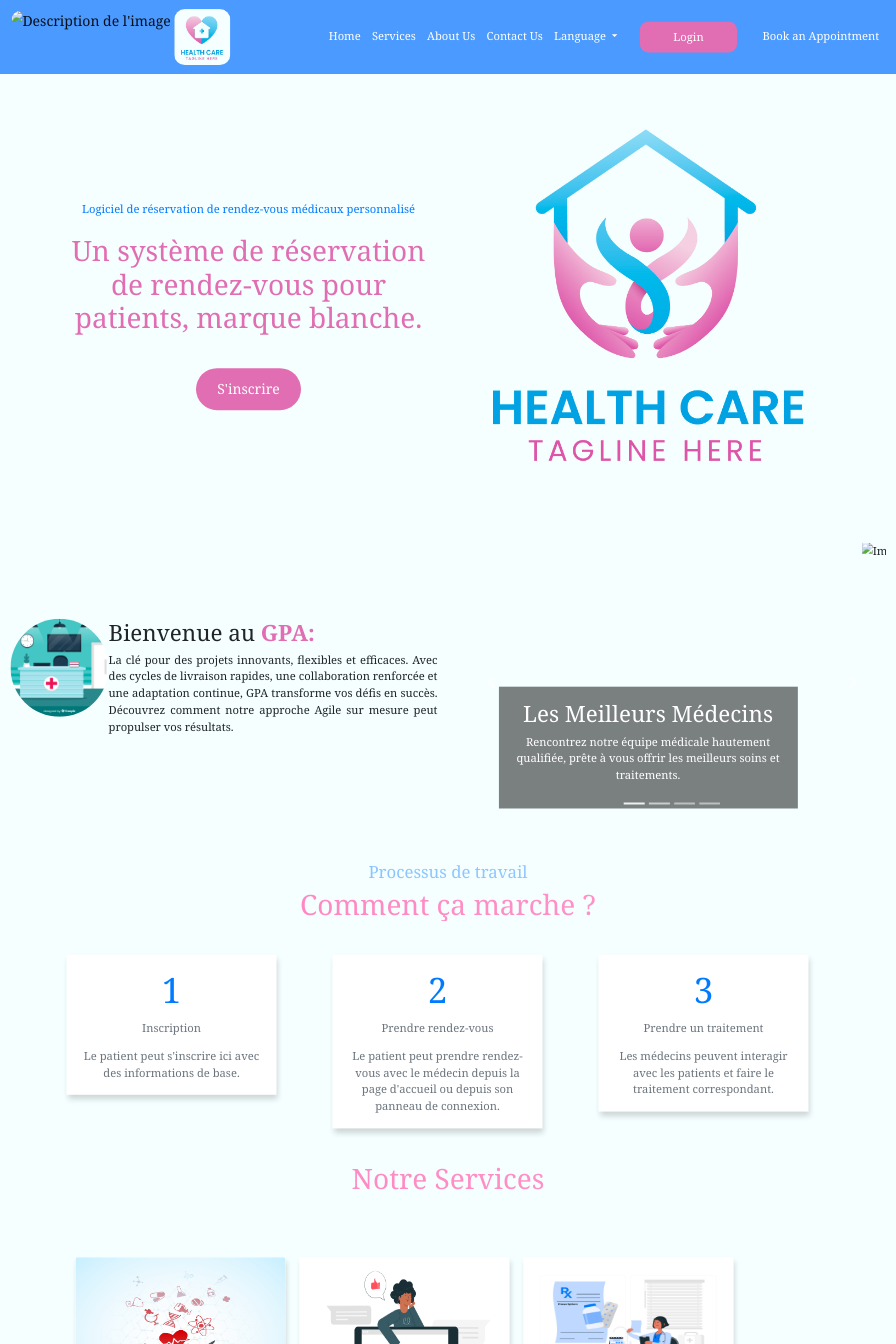
Repository: SalmaElhaou/Scrum-Project
Page: http://localhost/
These files come from the project's save history. The page is drawn as it stood at one moment and after the next save; the edit follows.
The browser window is 1280 px wide. The pictures show the part of the page from y = 0 to 1920 px (the page is 3188 px tall), at 70% of full size.
Some web libraries are served in a nearby version. The page is served by the project's Laravel application, run on PHP 8.4 with Laravel 10.

Above is the page before, as saved 2025-02-01 21:51:11.

After the next save:
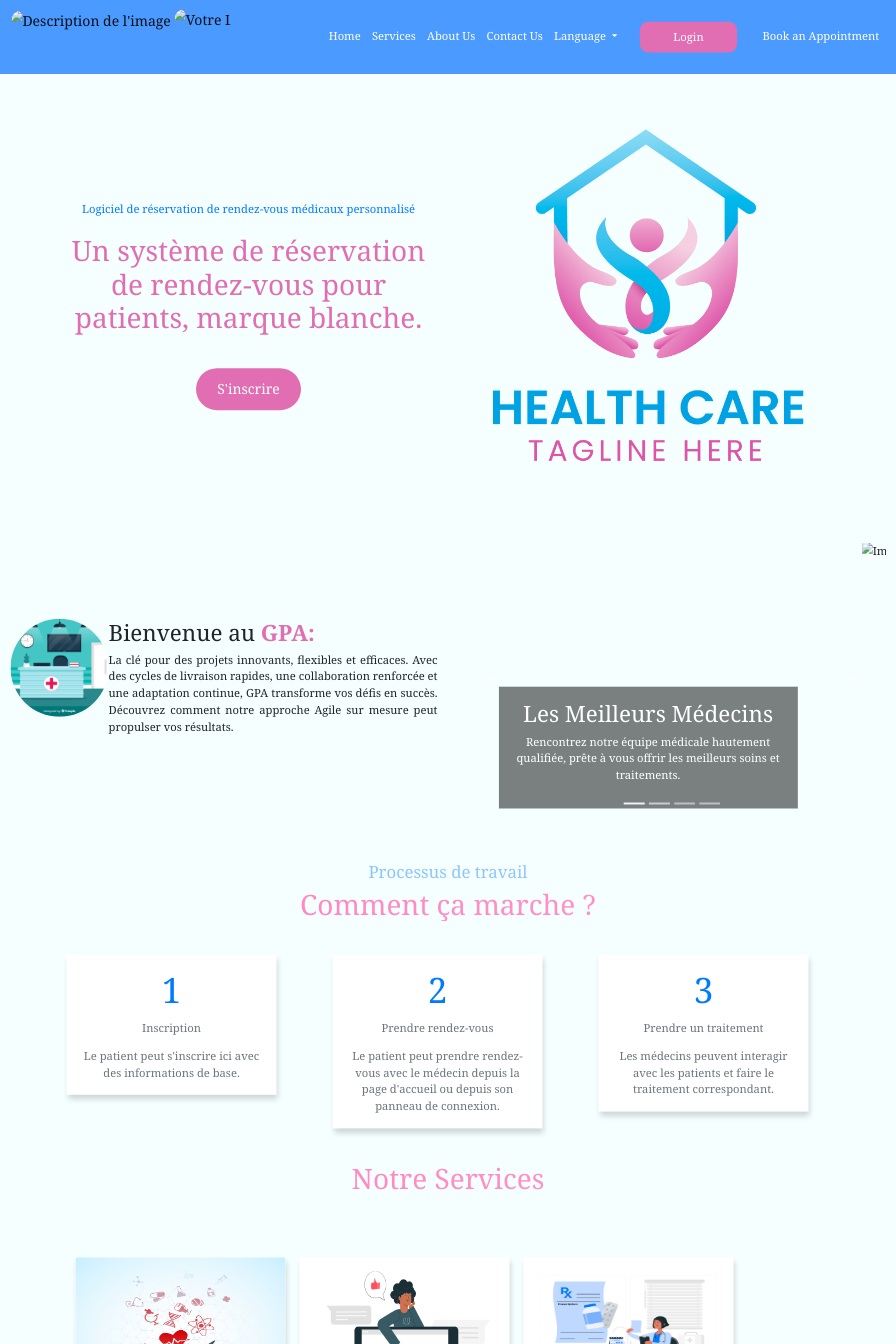
Saved 10 s later.
--- a/resources/views/welcome.blade.php
+++ b/resources/views/welcome.blade.php
@@ -291,7 +291,7 @@
   <nav class="navbar navbar-expand-lg navbar-light sticky-top " style="background-color: rgba(56, 143, 255, 0.9);">
     <a class="navbar-brand" href="#">
       <img src="{{ asset('images/image1.jpg') }}" alt="Description de l'image" class="img-fluid">
-      <img src="img/healthcare.jpg" width="80" height="80" class="d-inline-block align-top" alt="Votre Logo">
+      <img src="" width="80" height="80" class="d-inline-block align-top" alt="Votre Logo">
     </a>
     <button class="navbar-toggler" type="button" data-toggle="collapse" data-target="#navbarNav" aria-controls="navbarNav" aria-expanded="false" aria-label="Toggle navigation">
       <span class="navbar-toggler-icon"></span>
